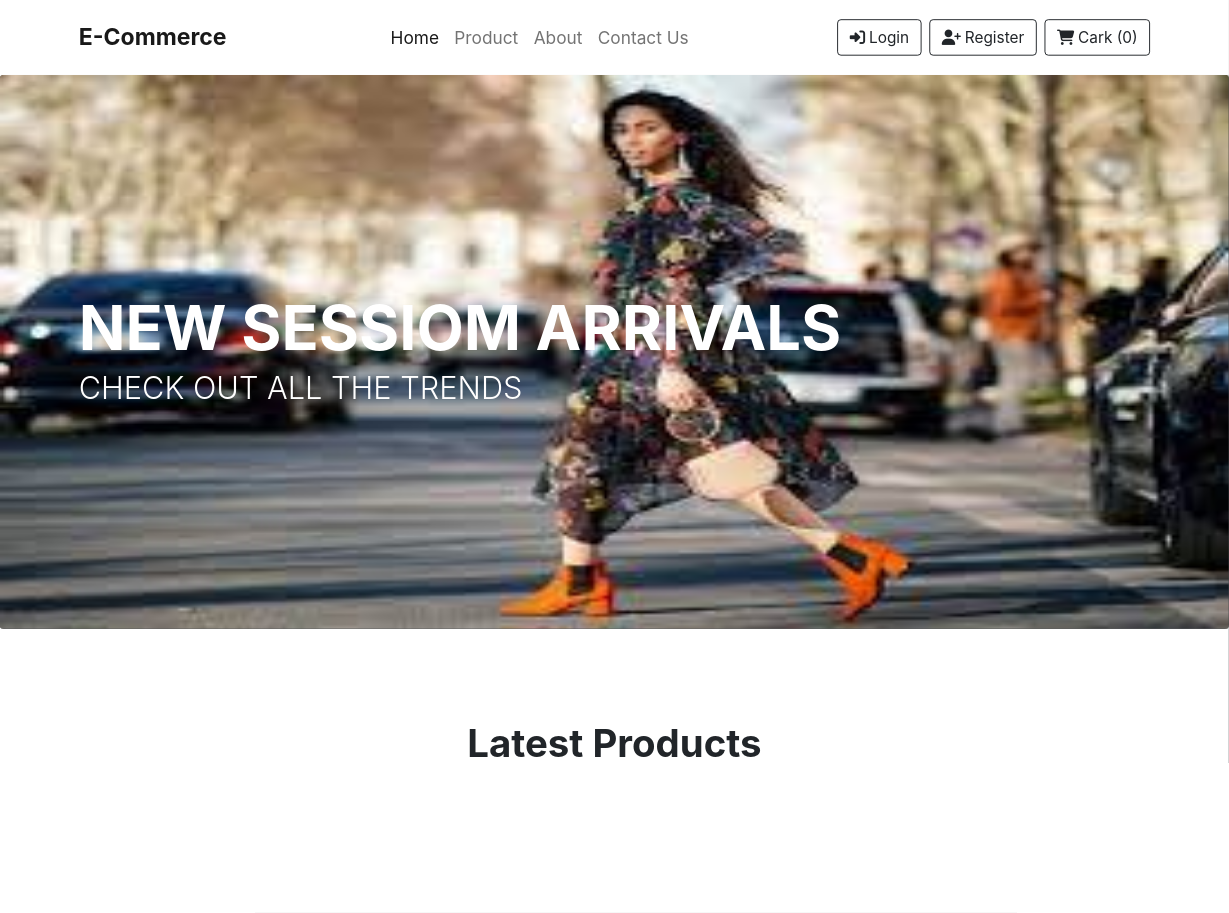
Repository: Sanjayjangra88/online_shop
Page: /products
An editor plug-in stored every save of this project. The page is shown before and after a run of saves, followed by the edit.
The browser window is 1280 px wide. The pictures show the whole page, at 96% of full size.
Some web libraries are served in a nearby version. The project was rebuilt for these pictures with package versions that can differ from the ones it lists, and the page was loaded fresh each time.

Above is the page before, as saved 2022-03-29 21:00:08.

After the next 2 saves:
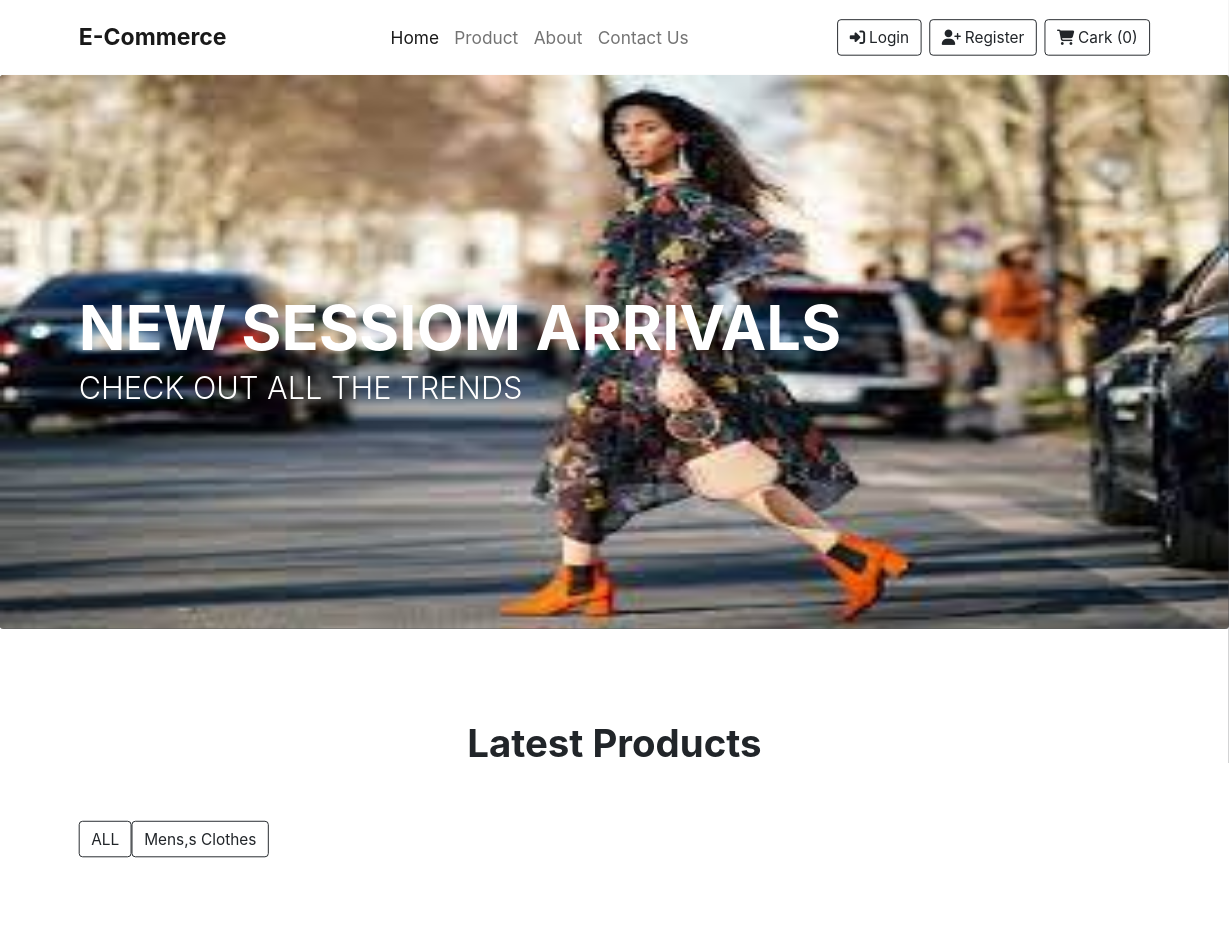
The 2 saves are shown as one change because 1 did not build or start.
The last was saved 13 min 27 s later.
--- a/src/components2/Products.jsx
+++ b/src/components2/Products.jsx
@@ -1,40 +1,55 @@
-import React,{useState,useEffect} from 'react'
+import React, { useState, useEffect } from "react";
 
 function Products() {
-    const [data, setData] = useState([]);
-    const [filter, setFilter] = useState(data);
-    const [loading, setLoading] = useState(false)
-    let componentMounted = true;
-    useEffect(() => {
-      const getProducts = async ()=>{
-
-
+  const [data, setData] = useState([]);
+  const [filter, setFilter] = useState(data);
+  const [loading, setLoading] = useState(false);
+  let componentMounted = true;
+  useEffect(() => {
+    const getProducts = async () => {
       getProducts();
       setLoading(true);
       const response = await fetch("https://fakestoreapi.com/products");
-      if(componentMounted){
-          setData(await response.clone().json());
-          setFilter(await response.json());
-          setLoading(false);
-          console.log(filter);
+      if (componentMounted) {
+        setData(await response.clone().json());
+        setFilter(await response.json());
+        setLoading(false);
+        console.log(filter);
       }
-      return()=>{
-          componentMounted = false;
-      }
-    }
-    }, []);
+      return () => {
+        componentMounted = false;
+      };
+    };
+  }, []);
 
+  const Loading = () => {
+    return;
+    <>Loading........</>;
+  };
+  const ShowProducts = () => {
+    return (
+      <>
+        <div className="buttons">
+          <button className="btn btn-outline-dark">ALL</button>
+          <button className="btn btn-outline-dark">Mens,s Clothes</button>
+        </div>
+      </>
+    );
+  };
   return (
     <div>
       <div className="container my-5 py-5">
-      <div className="row">
-     <div className="col-12 mb-5">
-      <h1 className='display-6 fw-bolder text-center'>Latest Products</h1>
+        <div className="row">
+          <div className="col-12 mb-5">
+            <h1 className="display-6 fw-bolder text-center">Latest Products</h1>
+          </div>
+        </div>
+        <div className="row justify-content-center">
+          {loading ? <Loading /> : <ShowProducts/>}
+        </div>
+      </div>
     </div>
-    </div>
-    </div>
-    </div>
-  )
+  );
 }
 
-export default Products
+export default Products;
